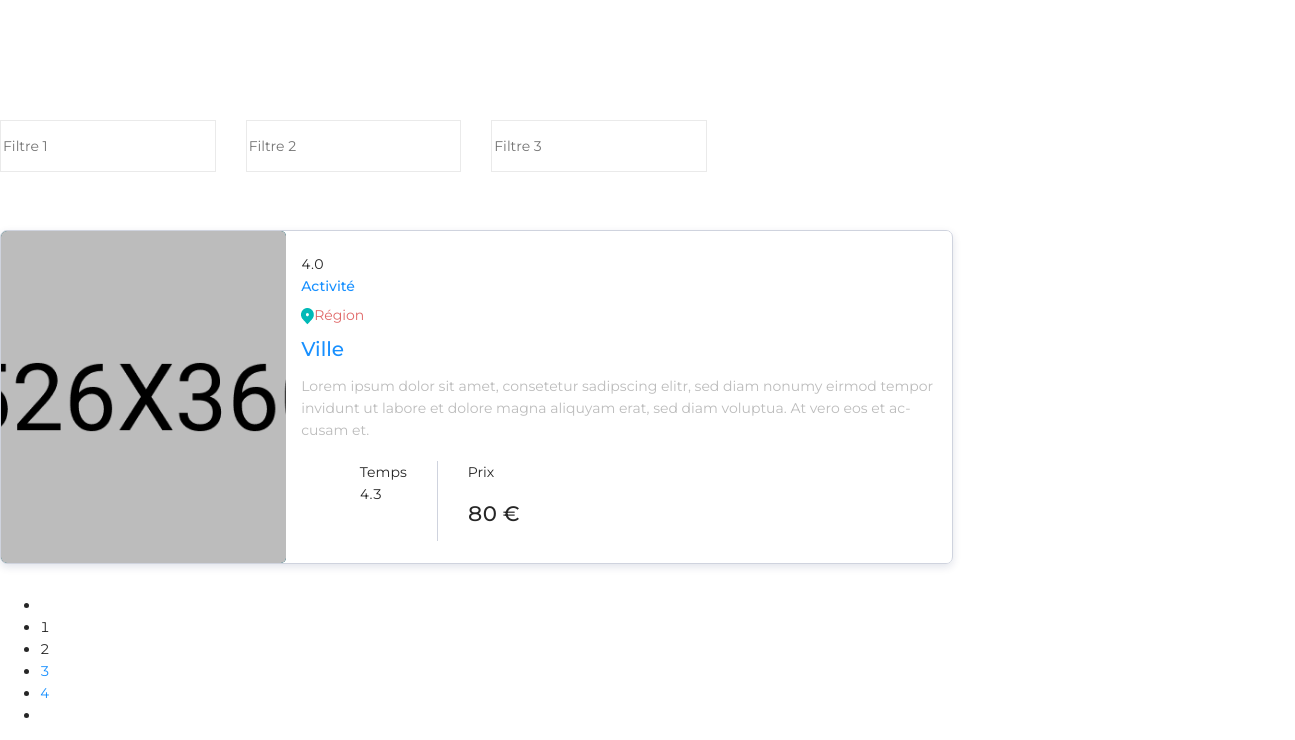
Repository: Emerson1220/projet-neofeel-lacapsule
Page: /roadPlanner (app in reactapp/)
The author's editor kept a copy of each file at every save. The page is drawn from the files as they stood at one save, then again after the next save.
The browser window is 1280 px wide. The page is 1295 px wide, so the pictures cover 1295 px, including what lies to the right of the window. The pictures show the whole page.
The project was rebuilt for these pictures with package versions that can differ from the ones it lists, and the page was loaded fresh each time. Also part of the build but not shown: reactapp/src/Nav.js, reactapp/src/ScreenHome.js.

Above is the page before, as saved 2021-05-18 13:40:35.

After the next save:
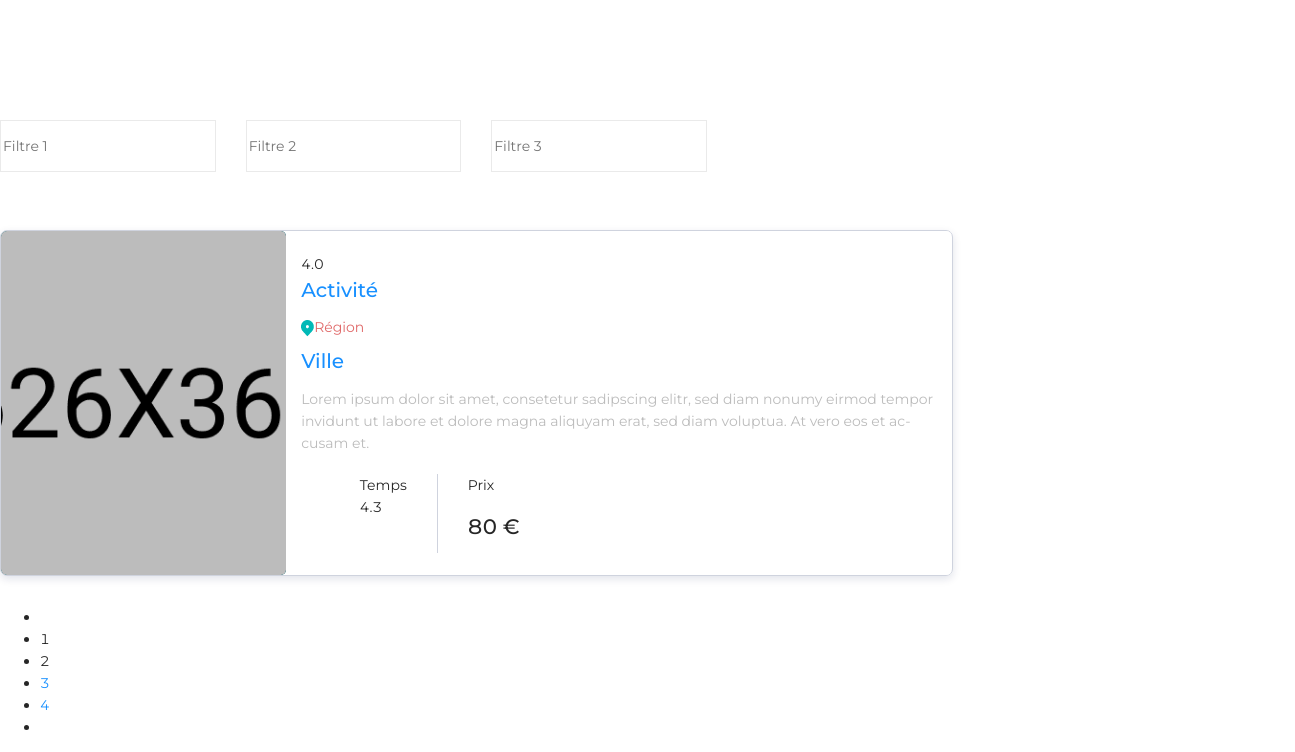
Saved 2 min 41 s later.
--- a/reactapp/src/screens/ScreenRoadPlanner.js
+++ b/reactapp/src/screens/ScreenRoadPlanner.js
@@ -94,6 +94,9 @@ function ScreenRoadPlanner() {
 };
 
 let styles = {
+
+    // CSS - ARCHITECTURE//
+
     container: {
         width: '100%',
         paddingright: '15px',
@@ -143,6 +146,8 @@ let styles = {
         width: '100%',
     },
 
+    // CSS - ICONS //
+
     icons_la:{
         display: 'inline-block',
         position: 'absolute',
@@ -154,6 +159,36 @@ let styles = {
         textDecoration: 'inherit',
         textRendering: 'optimizeLegibility',
         textTransform: 'none',
+    },
+
+    icons_fa_1:{
+        display: 'inline-block',
+        font: 'normal normal normal 14px/1 FontAwesome',
+        fontSize: 'inherit',
+        textRendering: 'auto',
+        color: '#f3941e',
+    },
+
+    icons_fa_2:{
+        display: 'inline-block',
+        font: 'normal normal normal 14px/1 FontAwesome',
+        fontSize: 'inherit',
+        textRendering: 'auto',
+        color: '#d4d4d4',
+    },
+
+    // CARD - TITLE//
+
+    h3:{
+        fontSize: '20px',
+        color: '#e06868',
+        textDecoration: 'none',
+    },
+
+    h4:{
+        fontSize: '20px',
+        color: '#e06868',
+        textDecoration: 'none',
     },
 
     // CARD - CSS //
@@ -200,28 +235,6 @@ let styles = {
         background: '#ffffff',
     },
 
-    icons_fa_1:{
-        display: 'inline-block',
-        font: 'normal normal normal 14px/1 FontAwesome',
-        fontSize: 'inherit',
-        textRendering: 'auto',
-        color: '#f3941e',
-    },
-
-    icons_fa_2:{
-        display: 'inline-block',
-        font: 'normal normal normal 14px/1 FontAwesome',
-        fontSize: 'inherit',
-        textRendering: 'auto',
-        color: '#d4d4d4',
-    },
-
-    h4:{
-        fontSize: '20px',
-        color: '#e06868',
-        textDecoration: 'none',
-    },
-
     card_content:{
         marginBottom: '15px',
         color: '#bcbcbc',
